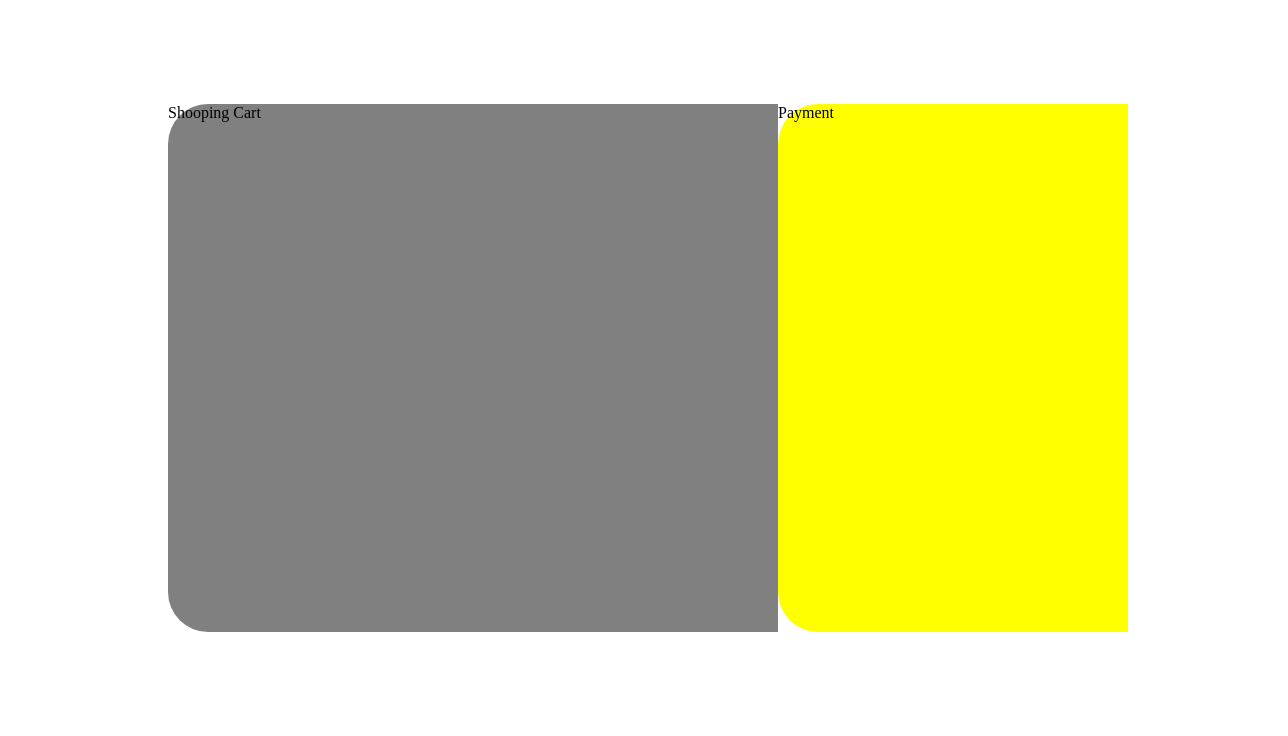
Repository: NDBaoFE/pizza-ordering-hiep
Page: /checkout
An editor plug-in stored every save of this project. The page is shown before and after the next save, followed by the edit.
The browser window is 1280 px wide. The page is 1288 px wide, so the pictures cover 1288 px, including what lies to the right of the window. The pictures show the whole page.
The project was rebuilt for these pictures with package versions that can differ from the ones it lists, and the page was loaded fresh each time.

Above is the page before, as saved 2022-08-27 21:51:57.

After the next save:
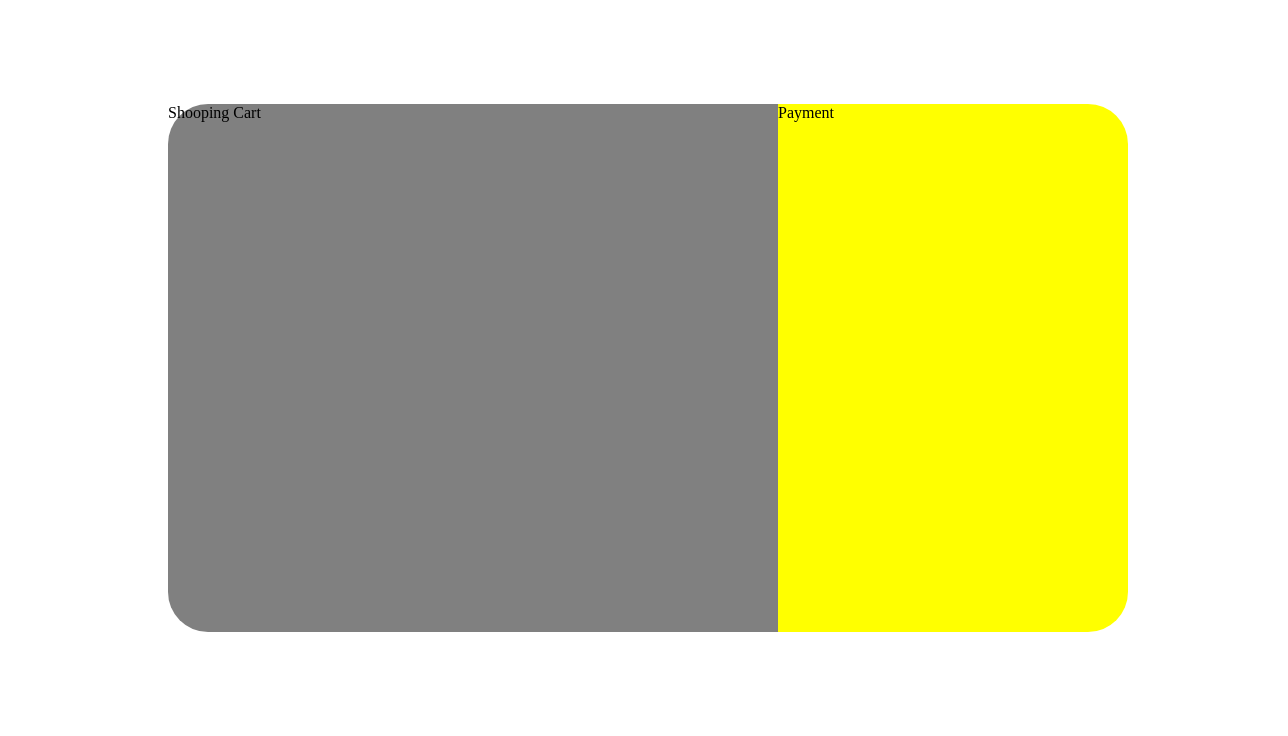
Saved 8 s later.
--- a/src/pages/Checkout/Checkout.styled.js
+++ b/src/pages/Checkout/Checkout.styled.js
@@ -18,7 +18,6 @@ export const Cart = styled.div`
 export const Payment = styled.div`
   min-width: 350px;
   background-color: yellow;
-  border-top-left-radius: 40px;
-
-  border-bottom-left-radius: 40px;
+  border-top-right-radius: 40px;
+  border-bottom-right-radius: 40px;
 `
